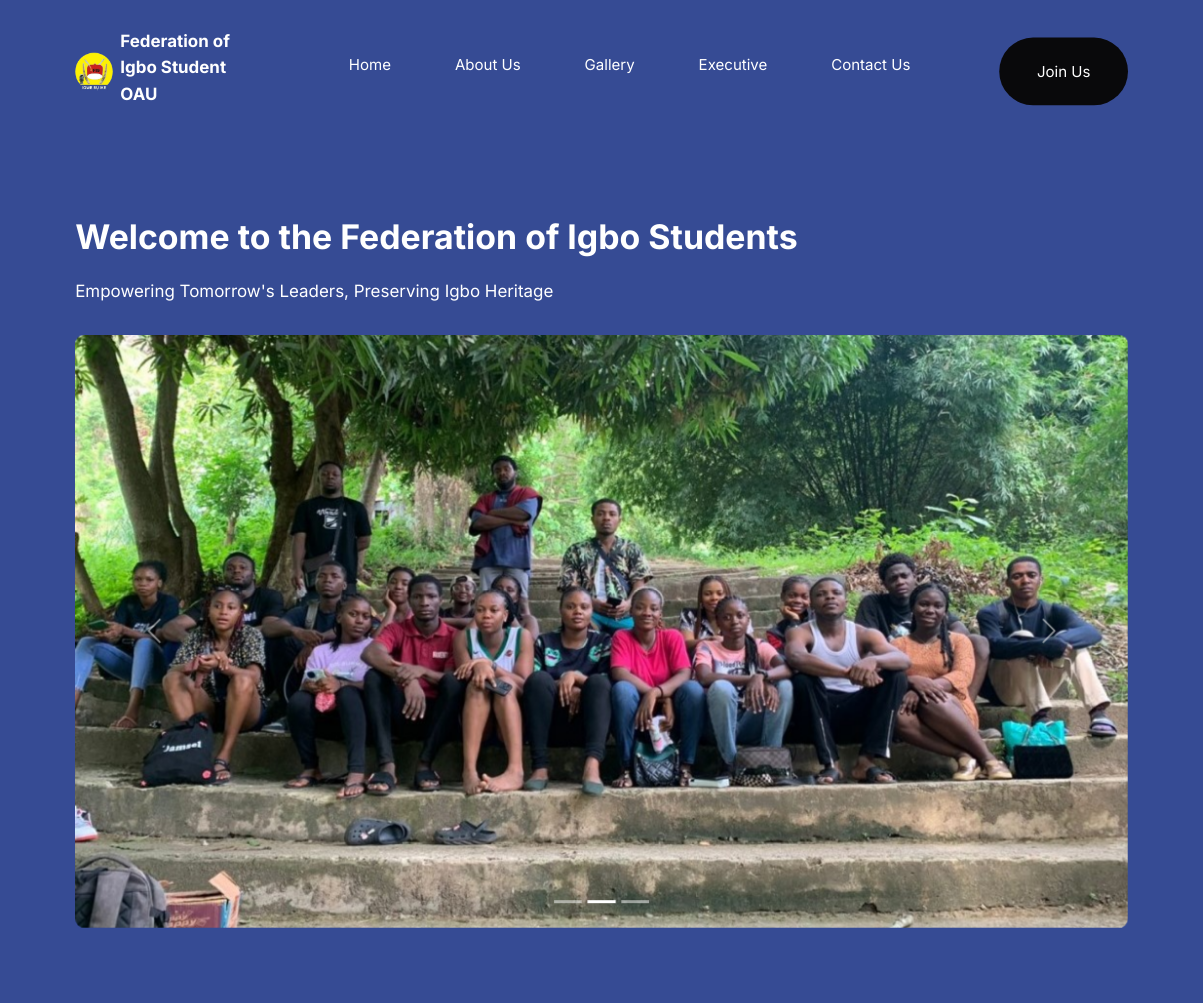
Repository: akinolapo/fis
Page: /
These files come from the project's save history. The page is drawn as it stood at one moment and after the next save; the edit follows.
The browser window is 1280 px wide. The pictures show the whole page, at 94% of full size.
The project was rebuilt for these pictures with package versions that can differ from the ones it lists, and the page was loaded fresh each time. The framework's server and built-in components were replaced by stand-ins that run in the browser. Also part of the build but not shown: next.config.mjs.

Above is the page before, as saved 2024-05-05 15:40:30.

### app/layout.tsx
import type { Metadata } from "next";
import { Inter } from "next/font/google";
import "./globals.css";
import Header from "./components/Header/Header";



const inter = Inter({ subsets: ["latin"] });

export const metadata: Metadata = {
  title: "Federation of Igbo Student OAU",
  description: "Federation of Igbo Student OAU",
};

export default function RootLayout({
  children,
}: Readonly<{
  children: React.ReactNode;
}>) {
  return (
    <html lang="en">
      <body className={inter.className}>
        <Header/>
        {children}
        </body>
    </html>
  );
}

### app/page.tsx
import Hero from "./components/Hero/Hero";

export default function Home() {
  return (
    <main>
      <Hero/>
    </main>
  );
}

### app/globals.css
@tailwind base;
@tailwind components;
@tailwind utilities;z

*{
  margin: 0;
  padding: 0;
}

body {
  background: #364B94 !important;
  color: #ffffff;
  padding: 0 80px;
}

@layer utilities {
  .text-balance {
    text-wrap: balance;
  }
}

### app/components/Header/Header.tsx

const Header = () => {
  return (
    <header className="flex justify-between items-center py-4 text-white large-header">
      {/* Logo and Site Title */}
      <div className="flex items-center">
        <img src="/logo.png" alt="Logo" className="w-10 h-10 mr-2" />
        <h1 className="text-lg font-bold">Federation of <br></br>Igbo Student<br></br> OAU</h1>
      </div>

      {/* Menu */}
      <nav className="flex justify-center flex-grow">
        <ul className="flex gap-1">
          <li className="cursor-pointer hover:text-gray-400 p-8">Home</li>
          <li className="cursor-pointer hover:text-gray-400 p-8">About Us</li>
          <li className="cursor-pointer hover:text-gray-400 p-8">Gallery</li>
          <li className="cursor-pointer hover:text-gray-400 p-8">Executive</li>
          <li className="cursor-pointer hover:text-gray-400 p-8">Contact Us</li>
        </ul>
      </nav>

      {/* Join Us Button */}
      <button className="rounded-full py-4 px-10 bg-zinc-950 hover:bg-black text-white">
        Join Us
      </button>
    </header>
  );
};

export default Header;

### app/components/Hero/Hero.tsx
import Image from "next/image";
import Slider from "../Slider/Slider";

const Hero = () => {
  return (
    <div className="text-white py-20">
      <h2 className="text-4xl font-bold mb-4">
        Welcome to the Federation of Igbo Students
      </h2>
      <p className="text-lg mb-8">
        Empowering Tomorrow's Leaders, Preserving Igbo Heritage
      </p>
      <Slider/>
    </div>
  );
};

export default Hero;

### app/components/Slider/Slider.tsx
'use client'
import { Carousel } from 'react-bootstrap'
import Image from 'next/image'

import './slider.css'
import './bootstrap.min.css';

const Slider = () => {
  return (
    <section className="slider-head">
      <Carousel className="slider" pause={false} interval={4000}>
        <Carousel.Item className="sliderWrapper">
          <div className="slideImg">
            <Image
              src="/images/hero.jpeg"
              alt="promotion"
              width={720}
              height={480}
              className="imageOverlay"
            />
          </div>
        </Carousel.Item>

        <Carousel.Item className="sliderWrapper">
          <div className="slideImg">
            <Image
              src="/images/hero.jpeg"
              alt="promotion"
              width={720}
              height={480}
              className="imageOverlay"
            />
          </div>
        </Carousel.Item>

        <Carousel.Item className="sliderWrapper">
          <div className="slideImg">
            <Image
              src="/images/hero.jpeg"
              alt="promotion"
              width={720}
              height={480}
              className="imageOverlay"
            />
          </div>
        </Carousel.Item>
      </Carousel>
    </section>
  )
}

export default Slider

### app/components/Slider/slider.css
/* slider.css */

.slider {
    position: relative;
  }


  .slideImg {
    position: relative;
  }

  .imageOverlay {
    width: 100%;
    height: auto;
    border-radius: 10px;
  }

Loaded but not shown: app/components/Slider/bootstrap.min.css (library); tailwind.config.ts (common file)

After the next save:
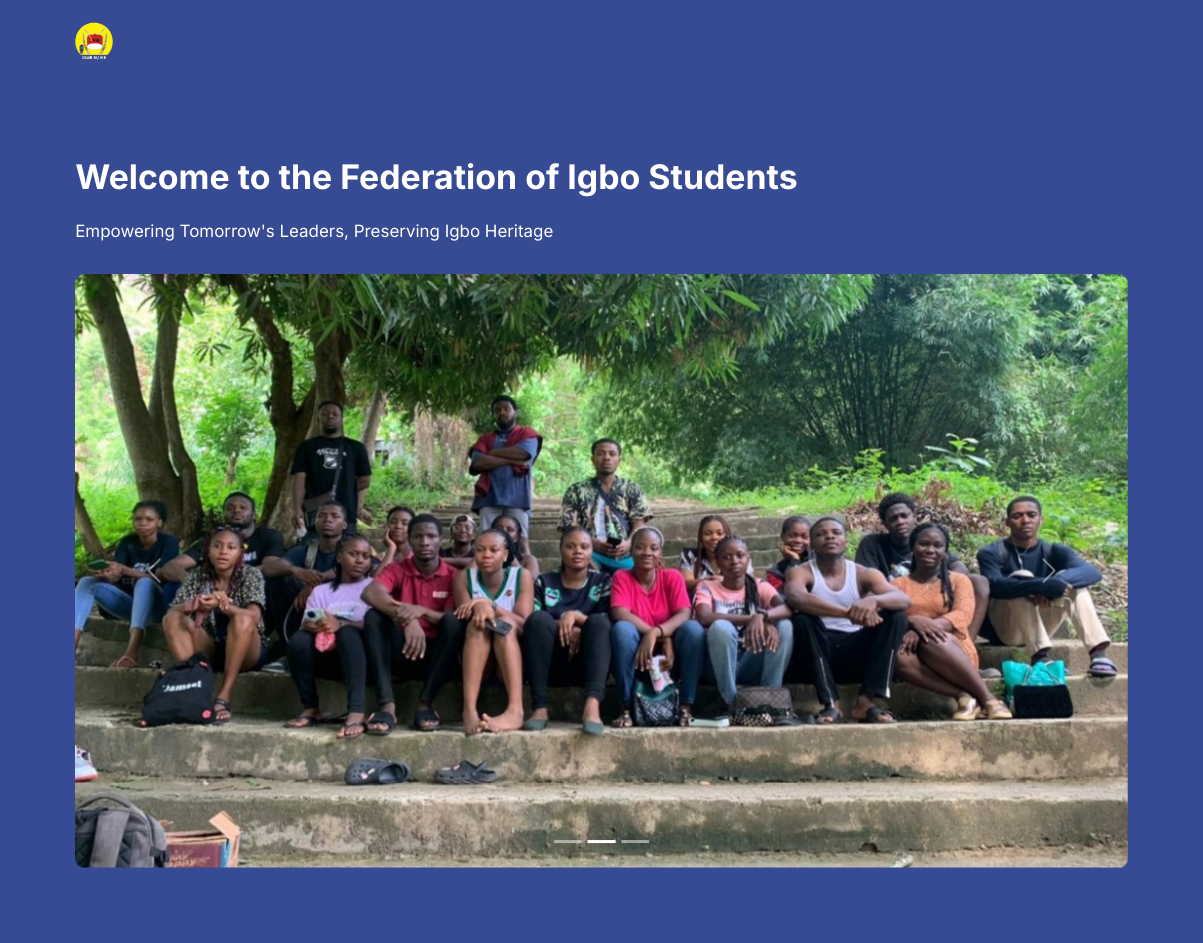
Saved 12 min 37 s later.
--- a/app/components/Header/Header.tsx
+++ b/app/components/Header/Header.tsx
@@ -1,28 +1,49 @@
+import React, { useState } from 'react';
+import { FaBars, FaTimes } from 'react-icons/fa';
 
 const Header = () => {
+  const [isMenuOpen, setIsMenuOpen] = useState(false);
+
+  const toggleMenu = () => {
+    setIsMenuOpen(!isMenuOpen);
+  };
+
   return (
     <header className="flex justify-between items-center py-4 text-white large-header">
-      {/* Logo and Site Title */}
+      {/* Logo */}
       <div className="flex items-center">
         <img src="/logo.png" alt="Logo" className="w-10 h-10 mr-2" />
-        <h1 className="text-lg font-bold">Federation of <br></br>Igbo Student<br></br> OAU</h1>
       </div>
 
-      {/* Menu */}
-      <nav className="flex justify-center flex-grow">
-        <ul className="flex gap-1">
-          <li className="cursor-pointer hover:text-gray-400 p-8">Home</li>
-          <li className="cursor-pointer hover:text-gray-400 p-8">About Us</li>
-          <li className="cursor-pointer hover:text-gray-400 p-8">Gallery</li>
-          <li className="cursor-pointer hover:text-gray-400 p-8">Executive</li>
-          <li className="cursor-pointer hover:text-gray-400 p-8">Contact Us</li>
-        </ul>
-      </nav>
+      {/* Menu Icon */}
+      <div className="lg:hidden">
+        {isMenuOpen ? (
+          <FaTimes onClick={toggleMenu} className="text-2xl cursor-pointer" />
+        ) : (
+          <FaBars onClick={toggleMenu} className="text-2xl cursor-pointer" />
+        )}
+      </div>
 
-      {/* Join Us Button */}
-      <button className="rounded-full py-4 px-10 bg-zinc-950 hover:bg-black text-white">
-        Join Us
-      </button>
+      {/* Overlay Menu */}
+      {isMenuOpen && (
+        <div className="lg:hidden fixed top-0 left-0 w-screen h-screen bg-black bg-opacity-50 z-50">
+          <div className="absolute top-0 right-0 p-4">
+            <FaTimes onClick={toggleMenu} className="text-2xl cursor-pointer text-white" />
+          </div>
+          <nav className="flex flex-col justify-center items-center h-full">
+            <ul className="flex flex-col gap-1">
+              <li className="cursor-pointer hover:text-gray-400 p-4">Home</li>
+              <li className="cursor-pointer hover:text-gray-400 p-4">About Us</li>
+              <li className="cursor-pointer hover:text-gray-400 p-4">Gallery</li>
+              <li className="cursor-pointer hover:text-gray-400 p-4">Executive</li>
+              <li className="cursor-pointer hover:text-gray-400 p-4">Contact Us</li>
+            </ul>
+            <button className="rounded-full py-4 px-10 bg-zinc-950 hover:bg-black text-white mt-8">
+              Join Us
+            </button>
+          </nav>
+        </div>
+      )}
     </header>
   );
 };

After the save that followed:
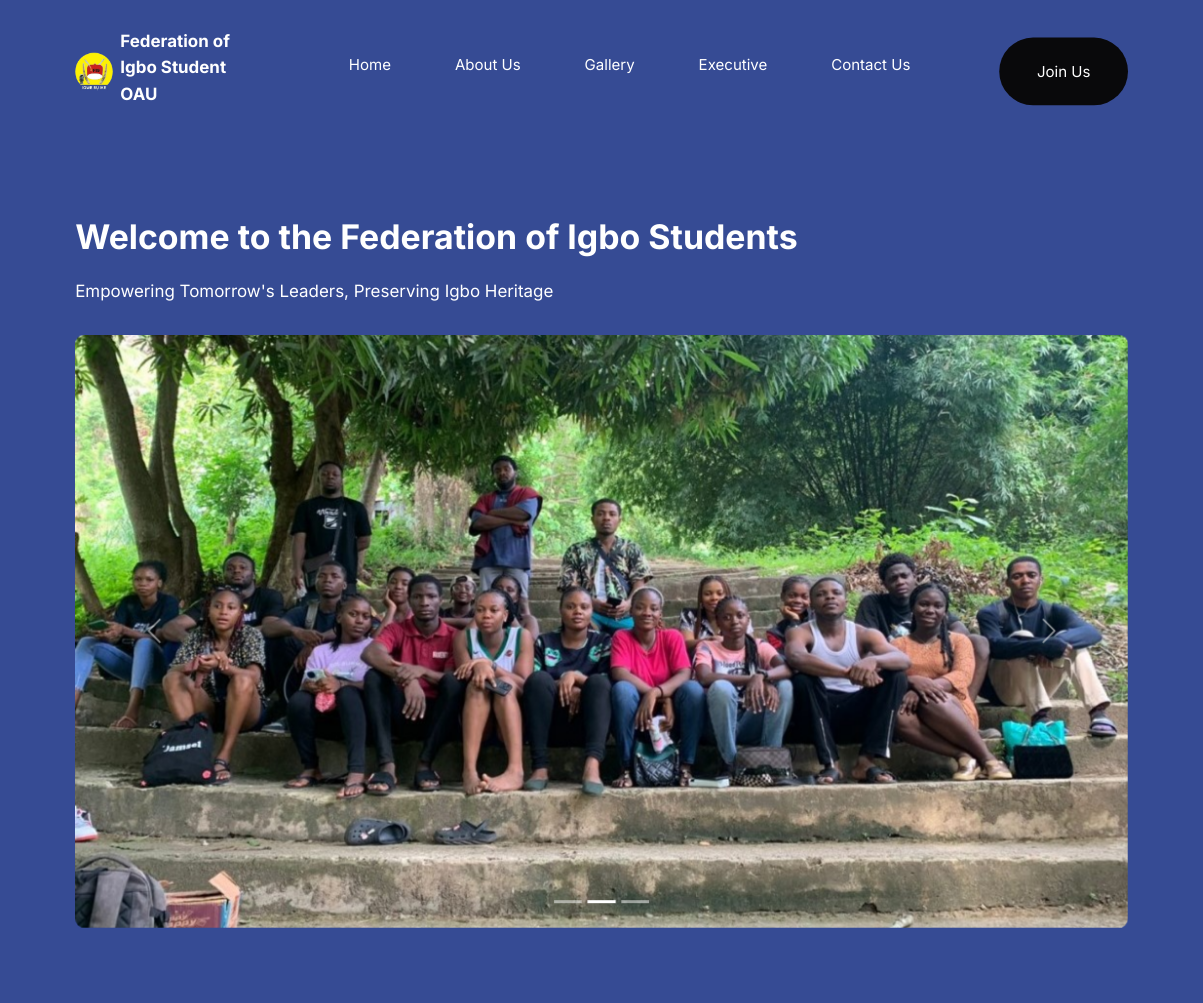
Saved 12 s later.
--- a/app/components/Header/Header.tsx
+++ b/app/components/Header/Header.tsx
@@ -1,49 +1,28 @@
-import React, { useState } from 'react';
-import { FaBars, FaTimes } from 'react-icons/fa';
 
 const Header = () => {
-  const [isMenuOpen, setIsMenuOpen] = useState(false);
-
-  const toggleMenu = () => {
-    setIsMenuOpen(!isMenuOpen);
-  };
-
   return (
     <header className="flex justify-between items-center py-4 text-white large-header">
-      {/* Logo */}
+      {/* Logo and Site Title */}
       <div className="flex items-center">
         <img src="/logo.png" alt="Logo" className="w-10 h-10 mr-2" />
+        <h1 className="text-lg font-bold">Federation of <br></br>Igbo Student<br></br> OAU</h1>
       </div>
 
-      {/* Menu Icon */}
-      <div className="lg:hidden">
-        {isMenuOpen ? (
-          <FaTimes onClick={toggleMenu} className="text-2xl cursor-pointer" />
-        ) : (
-          <FaBars onClick={toggleMenu} className="text-2xl cursor-pointer" />
-        )}
-      </div>
+      {/* Menu */}
+      <nav className="flex justify-center flex-grow">
+        <ul className="flex gap-1">
+          <li className="cursor-pointer hover:text-gray-400 p-8">Home</li>
+          <li className="cursor-pointer hover:text-gray-400 p-8">About Us</li>
+          <li className="cursor-pointer hover:text-gray-400 p-8">Gallery</li>
+          <li className="cursor-pointer hover:text-gray-400 p-8">Executive</li>
+          <li className="cursor-pointer hover:text-gray-400 p-8">Contact Us</li>
+        </ul>
+      </nav>
 
-      {/* Overlay Menu */}
-      {isMenuOpen && (
-        <div className="lg:hidden fixed top-0 left-0 w-screen h-screen bg-black bg-opacity-50 z-50">
-          <div className="absolute top-0 right-0 p-4">
-            <FaTimes onClick={toggleMenu} className="text-2xl cursor-pointer text-white" />
-          </div>
-          <nav className="flex flex-col justify-center items-center h-full">
-            <ul className="flex flex-col gap-1">
-              <li className="cursor-pointer hover:text-gray-400 p-4">Home</li>
-              <li className="cursor-pointer hover:text-gray-400 p-4">About Us</li>
-              <li className="cursor-pointer hover:text-gray-400 p-4">Gallery</li>
-              <li className="cursor-pointer hover:text-gray-400 p-4">Executive</li>
-              <li className="cursor-pointer hover:text-gray-400 p-4">Contact Us</li>
-            </ul>
-            <button className="rounded-full py-4 px-10 bg-zinc-950 hover:bg-black text-white mt-8">
-              Join Us
-            </button>
-          </nav>
-        </div>
-      )}
+      {/* Join Us Button */}
+      <button className="rounded-full py-4 px-10 bg-zinc-950 hover:bg-black text-white">
+        Join Us
+      </button>
     </header>
   );
 };
